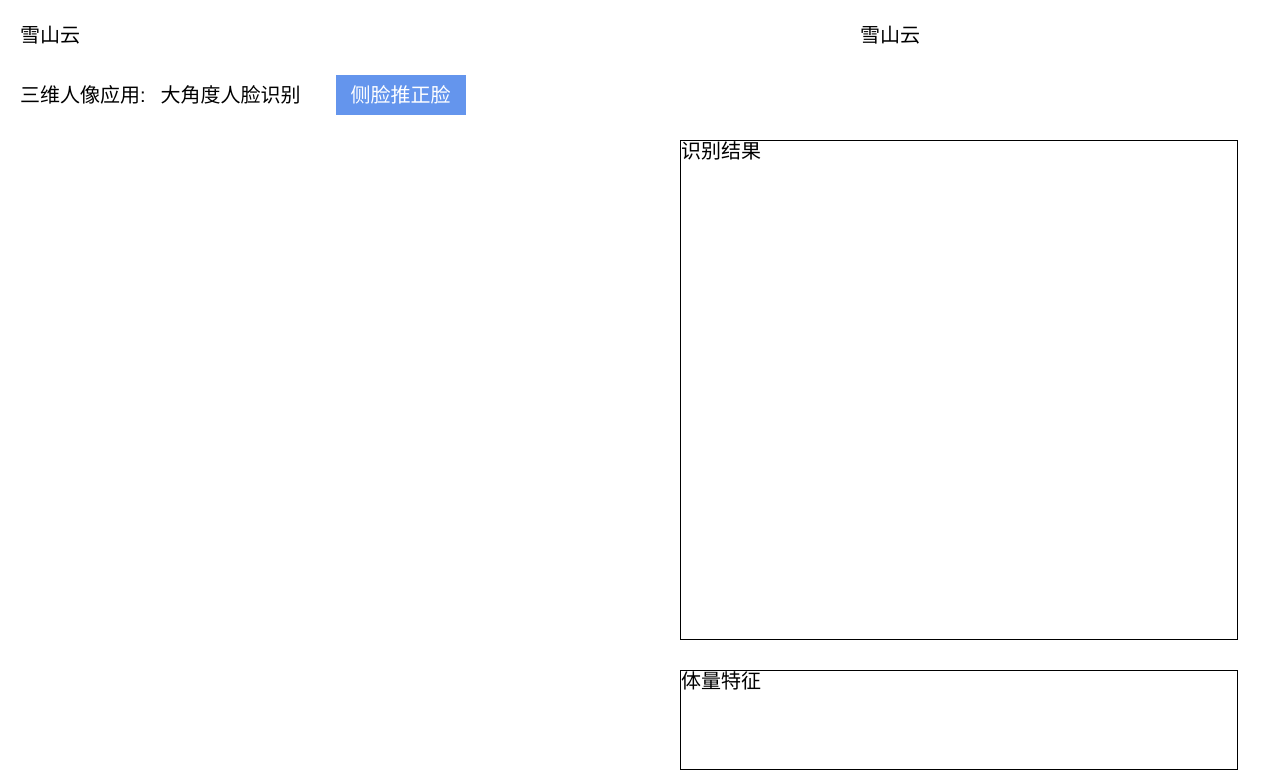
Repository: fyt2020/pubilcDemlo
Page: /#/face
An editor plug-in stored every save of this project. The page is shown before and after a run of saves, followed by the edit.
The browser window is 1280 px wide. The pictures show the whole page.
The project was rebuilt for these pictures with package versions that can differ from the ones it lists, and the page was loaded fresh each time.

Above is the page before, as saved 2020-04-27 18:43:35.

### index.html
<!DOCTYPE html>
<html>
  <head>
    <meta charset="utf-8">
    <meta name="viewport" content="width=device-width,initial-scale=1.0">
    <title>pubilcdemo</title>
    <script src="./static/config.js"></script>
    <script src="./static/main.js"></script>
  </head>
  <body>
    <div id="app"></div>
    <!-- built files will be auto injected -->
  </body>
</html>

### src/main.js
// The Vue build version to load with the `import` command
// (runtime-only or standalone) has been set in webpack.base.conf with an alias.
import Vue from 'vue'
import App from './App'
import router from './router'
import '@/assets/css/reset.css'
import axios from '@/plugins/axios';

Vue.config.productionTip = false
Vue.prototype.$http = axios;
/* eslint-disable no-new */
new Vue({
  el: '#app',
  router,
  components: { App },
  template: '<App/>'
})

### src/router/index.js
import Vue from 'vue'
import Router from 'vue-router'
import Home from '@/pages/Home'

Vue.use(Router)

export default new Router({
  linkExactActiveClass: "exactActive",
  linkActivesClass: "active",
  routes: [
    {
      path: '/',
      name: 'home',
      component: Home,
      meta:{
        needTooken:false
      },
      redirect:'/bigAngle',
      children:[
        {
          path: 'bigAngle',
          name: 'bigAngle',
          component: () => import("@/pages/bigAngle"),
          meta:{
            needTooken:false
          },

        },
        {
          path: 'face',
          name: 'face',
          component: () => import("@/pages/face"),
          meta:{
            needTooken:false
          },

        }

      ]
    }
  ]
})

### src/assets/css/reset.css
@charset "UTF-8";
/**
 * @desc pc端常用reset.css
 * @author archer
 * @date 2018-08-26
 */
html,body,div,p,ul,li,dl,dt,dd,em,i,span,a,img,input,h1,h2,h3,h4,h5,nav,section,footer,header,table,tr,th,td,ul,li{margin:0;padding:0;box-sizing: border-box;}
h1,h2,h3,h4,h5,h6{font-weight:normal}
i,em,b{font-style:normal}
article,aside,details,figcaption,figure,footer,header,menu,nav,section {display: block;}
a,img,input {border:none;}
a {text-decoration:none;}
a:hover, a:active {outline: none;}
ul,li{list-style: none}
button,input,select,textarea{font-size:100%;outline:none}
table{border-collapse:collapse;border-spacing:0}
html, body {width: 100%;height: 100%;}
body{font-family:"Helvetica Neue",Helvetica, Arial,sans-serif; font-size: 14px;line-height:1}

### src/pages/Home.vue
<template>
  <div class="home">
      <div class="header">
           <div class="header__left">
                <img src="" alt="">
                <span>雪山云</span>
           </div>
           <div class="header__right">
                <span>雪山云</span>
           </div>
      </div>
      <div class="navigation">
            <span>三维人像应用:</span>
            <router-link tag="li" :to="{name:'bigAngle'}" class="navigation__item">大角度人脸识别</router-link>
            <router-link tag="li" :to="{name:'face',params:{id:'self'}}" class="navigation__item">侧脸推正脸</router-link>
      </div>

      <div class="content">
         <router-view />
      </div>

  </div>
</template>

<script>
export default {
  data() {
    return {};
  },
  computed: {},
  created() {

  },
  mounted() {

  },
  methods: {

  },
  components: {}
};
</script>

<style lang="scss" scoped>
@import "@/assets/css/home.scss";
</style>

### src/pages/face.vue
<template>
  <div class="face">
    <div class="face__left">
      <canvas class="canvasId" v-show="regImgKey" :class="{'big':isBig}"></canvas>
    </div>

    <div class="face__right">
      <div class="right__top">
        <span class="right__topT">识别结果</span>
        <div id="WebGL-output"></div>
        <ul class="info__box" v-if="infoObj.collectNo">
          <li class="info__item">
            <span class="info__iteml">采集编号:</span>
            <span class="info__itemr">{{infoObj.collectNo}}</span>
          </li>
          <li class="info__item">
            <span class="info__iteml">性别:</span>
            <span class="info__itemr">{{infoObj.sex}}</span>
          </li>
          <li class="info__item">
            <span class="info__iteml">证件号:</span>
            <span class="info__itemr">{{infoObj.idNo}}</span>
          </li>
          <li class="info__item">
            <span class="info__iteml">采集时间:</span>
            <span class="info__itemr">{{infoObj.time}}</span>
          </li>
        </ul>
      </div>
      <div class="right__bottom">
        <span class="right__topT">体量特征</span>
        <ul class="tl__box" v-if="charData.length>0">
          <li class="tl__item" v-for="item in charData" :key="item.value">
            <span class="tl__iteml same">{{item.title}}</span>
            <span class="tl__itemr same">{{item.value}}</span>
          </li>
        </ul>
      </div>
    </div>
  </div>
</template>

<script>
import axios from 'axios'
export default {
  props: {},
  data() {
    return {
      regImgKey: false,
      isBig: false,
      charData: [],
      infoObj: {
        collectNo: "",
        sex: "",
        time: "",
        idNo: ""
      },
      renderer: null,
      boxHelper: null,
      animationId: null,
      modelObj: null,
      scene: null
    };
  },
  computed: {},
  created() {
    let id = this.$route.params.id;
    if (id) {
    } else {
      this.initData();
    }
  },
  mounted() {},
  methods: {
    initData() {
      let id = this._getQueryString(window.BASEURL.type);
      this.INIT(400,400,id)
    },

    _getQueryString(name) {
      let after = window.location.hash.split("?")[1];
      if (after) {
        var reg = new RegExp("(^|&)" + name + "=([^&]*)(&|$)");
        var r = after.match(reg);

        if (r != null) return unescape(r[2]);
        return null;
      }
    },

    INIT(width, height, name) {
      let VM = this;
      //场景构建
      VM.scene = new THREE.Scene();
      //相机构建
      VM.camera = new THREE.PerspectiveCamera(45, width / height, 0.1, 2000); //四个参数 视场角 方向 最近距 最远距  fov对应着图中的视角，是上下两面的夹角。aspect是近平面的宽高比。
      // camera.lookAt( new THREE.Vector3(0, 0, 0));
      //渲染器构建
      VM.renderer = new THREE.WebGLRenderer({
        antialias: true
      });

      //设置背景颜色
      VM.renderer.setClearColor(0x484b5f);
      //三个参数 width height updateStyle第三个选填
      VM.renderer.setSize(width, height);
      //激活阴影
      VM.renderer.shadowMapEnabled = true;
      //添加材质灯光阴影
      var ambiColor = "ffffff";
      var ambientLight = new THREE.AmbientLight(ambiColor);
      VM.scene.add(ambientLight);

      //添加坐标系
      // var axes = new THREE.AxisHelper(100);
      // scene.add(axes);

      //添加网格
      // var helper = new THREE.GridHelper( 1000, 50 ,0x0000ff, 0xff8080);
      // scene.add(helper);
      VM.boxHelper = new THREE.BoxHelper();

      var controls = new THREE.OrbitControls(VM.camera, VM.renderer.domElement);
      //controls.target = new THREE.Vector3(0, 0, 0);
      // 使动画循环使用时阻尼或自转 意思是否有惯性
      controls.enableDamping = true;
      //动态阻尼系数 就是鼠标拖拽旋转灵敏度
      controls.dampingFactor = 0.25;
      //是否可以缩放
      controls.enableZoom = true;
      //是否自动旋转
      controls.autoRotate = false;
      //设置相机距离原点的最近距离
      //controls.minDistance = 200;
      //设置相机距离原点的最远距离
      //controls.maxDistance = 600;
      //是否开启右键拖拽
      controls.enablePan = true;
      //上下旋转范围
      controls.minPolarAngle = 0;
      controls.maxPolarAngle = Math.PI * (90 / 180);
      //左右旋转范围
      controls.minAzimuthAngle = -Math.PI * (60 / 180);
      controls.maxAzimuthAngle = Math.PI * (60 / 180);

      controls.panSpeed = 0.2;
      controls.rotateSpeed = 0.1;
      //模型
      var onProgress = function(xhr) {
        // if (xhr.lengthComputable) {
        //   //可计算的长度
        //   var percentCompvare = (xhr.loaded / xhr.total) * 100; //加载程度百分比
        //   var elem = document.getElementById("myBar");
        //   var width = parseInt(percentCompvare);
        //   elem.style.width = width + "%";
        //   $(".loading").text("正在下载:" + parseInt(percentCompvare) + "%");
        // }
      };
      var onError = function(xhr) {
        // $(".loading")
        //   .show()
        //   .text("下载失败");
        return;
      };

      var modelPath = `../../static/data/${name}`;
      var objLoader = new THREE.OBJLoader2();
      var callbackOnLoad = function(event) {
        VM.modelObj = event.detail.loaderRootNode;
        VM.modelObj.name = `${name}`;
        VM.modelObj.scale.set(1.9, 1.9, 1.9);
        VM.modelObj.children[0].geometry.computeBoundingBox();
        VM.modelObj.rotation.x = THREE.Math.degToRad(-88);
        VM.modelObj.children[0].geometry.center();
        VM.boxHelper.setFromObject(VM.modelObj);
        let center = VM.boxHelper.geometry.boundingSphere.center;
        let radius = VM.boxHelper.geometry.boundingSphere.radius;
        let cameraPos = new THREE.Vector3(
          center.x + VM.modelObj.position.x,
          center.y + VM.modelObj.position.y,
          radius * 2.2 + center.z + VM.modelObj.position.z
        );
        let lookPos = new THREE.Vector3(
          center.x + VM.modelObj.position.x,
          center.y + VM.modelObj.position.y,
          center.z + VM.modelObj.position.z
        );
        VM.camera.position.copy(cameraPos);
        controls.target = lookPos;
        VM.camera.lookAt(lookPos);
        VM.scene.add(VM.modelObj);
      };
      let typeObj = VM.source == "1" ? "textured" : "cut";
      objLoader.loadMtl(modelPath + `/${typeObj}_mesh.mtl`, null, function(
        materialCreator
      ) {
        materialCreator[`${typeObj}_mesh`].opacity = 1; // new THREE.Color(1,1,1)
        objLoader.setMaterials(materialCreator);
        objLoader.setLogging(true, true);
        objLoader.load(
          modelPath + `/${typeObj}_mesh.obj`,
          callbackOnLoad,
          onProgress,
          onError,
          null,
          false
        );
      });
      VM.camera.lookAt(VM.scene.position);
      //在页面上添加渲染器，dom元素
      $("#WebGL-output").append(VM.renderer.domElement);
      renderScene();
      VM.getModelTxt(name);
      function renderScene() {
        var clock = new THREE.Clock();
        var delta = clock.getDelta(); //三角点
        controls.update();
        VM.camera.updateProjectionMatrix();
        VM.animationId = requestAnimationFrame(renderScene); //请求动画框架
        VM.renderer.render(VM.scene, VM.camera);
      }
    },
    clearRenderer() {
      let VM = this;
      VM.renderer.dispose();
      VM.renderer.forceContextLoss();
      VM.renderer.context = null;
      VM.renderer.domElement = null;
      VM.renderer = null;
    },
    getModelTxt(name) {
      let VM = this;
      let id = new Date().getTime();
      let params = {
        headers: {
          "Content-Type": "text/plain;charset=utf-8"
        },
        responseType: "text/json",
        inCharset: "utf-8",
        outCharset: "utf-8",
        timeout: 30000,
        random: id
      };
      axios
        .get(`../../static/data/${name}/face_points_distance.txt`)
        .then(function(res) {
          let newData = res.data.split("\r\n");
          let len = newData.length;
          for (var i = 0; i < len; i++) {
            let obj = {};
            if (newData[i]) {
              let k = newData[i].split(":")[0];
              let v = newData[i].split(":")[1];
              obj["title"] = k;
              obj["value"] = v;
            }
            VM.charData.push(obj);
          }

          console.log(VM.charData);
        })
        .catch(function(error) {
          console.log(error);
        });
    },
    getInfo(name) {
      let VM = this;
      this.$http.api
        .get(`../../static/data/${name}/${name}.json`)
        .then(function(res) {
          if (res.data.code === 0) {
            let data = res.data.result;
            VM.infoObj = data;
          }
        })
        .catch(function(error) {
          console.log(error);
        });
    },
    //移除模型
    removeEntity(object) {
      let selectedObject = this.scene.getObjectByName(object.name);
      // console.log('renderer.renderLists',this.renderer.renderLists)
      selectedObject.traverse(function(item) {
        if (item instanceof THREE.Mesh) {
          item.geometry.dispose(); //删除几何体
          //item.material.dispose(); //删除材质
          if (Array.isArray(item.material)) {
            item.material.forEach(function(i) {
              i.dispose(); //删除材质
            });
          } else {
            item.material.dispose();
          }
        }
      });
      this.scene.remove(selectedObject);
      this.renderer.dispose();
      this.renderer.clear();
      this.renderer.renderLists.dispose();
      this.modelObj = null;
      THREE.Cache.clear();
    }
  },
  components: {},
  beforeDestroy() {}
};
</script>

<style scoped lang="scss">
@import "@/assets/css/face.scss";
</style>

### src/assets/css/home.scss
.home{
    font-size: 20px;
    width: 100vw;
    height: 100vh;
    .header{

        width: 100%;
        height: 70px;
        display: flex;
        align-items: center;
        justify-content: space-between;
        padding: 0 20px;
        .header__left{
            height: 100%;
            width: 400px;
            display: flex;
            align-items: center;
        }
        .header__right{
            height: 100%;
            width: 400px;
            display: flex;
            align-items: center;
        }
    }
    .navigation{
        width: 100%;
        height: 50px;
        display: flex;
        align-items: center;
        box-sizing: border-box;
        padding: 0 20px;
        &__item{
            height: 40px;
            line-height: 40px;
            box-sizing: border-box;
            padding: 0 15px;
            margin-right: 20px;
        }
        &__item.exactActive{
             display: flex;
             background-color: cornflowerblue;
             color: #fff;
        }
    }
    .content{
        height: calc(100% - 120px);
        width: 100%;
        padding: 20px;
    }
}

### src/assets/css/face.scss
.face{
    display: flex;
    width: 100%;
    height: 100%;
    .face__left{
       width: 50%;
       height: 100%;
       margin-right: 40px;
       display: flex;
       flex-direction: column;
       .left__bottom{
           width: 100%;
           height: 15%;
           border: 1px solid black;
           .left__bottom{

           }
           .recg__box{

               display: flex;
               align-items: center;
               justify-content: flex-start;
               .recg__item{
                   width: 100px;
                   height: 100px;
                   .recg__itemImg{

                       height: 100%;
                   }
               }
           }
       }
    }
    .face__right{
       width: 45%;
       height: 100%;
       .right__top{
           border: 1px solid black;
           width: 100%;
           height: 500px;
           position: relative;
           margin-bottom: 30px;
           .right__topT{

           }
           #WebGL-output{
               width: 400px;
               height: 400px;
           }
           .info__box{
               position: absolute;
               right: 0;
               bottom: 0;
               width: 300px;
               height: 200px;
               background-color: black;
               display: flex;
               flex-direction: column;

               color: blanchedalmond;


           }
       }
       .right__bottom{

           border: 1px solid black;
           width: 100%;
           height: 100px;
           .right__topT{

           }
           .tl__box{
               display: flex;

               .tl__item{



                .same{




                }
                .tl__iteml{

                }
                .tl__itemr{

                }
               }
           }


       }

    }
}

### static/config.js
window.BASEURL = {
     type:'id',

     imgUrl__collectNo:'srlp1576136811447'
};

Loaded but not shown: src/App.vue (common file); src/plugins/axios.js (library)

After the next 2 saves:
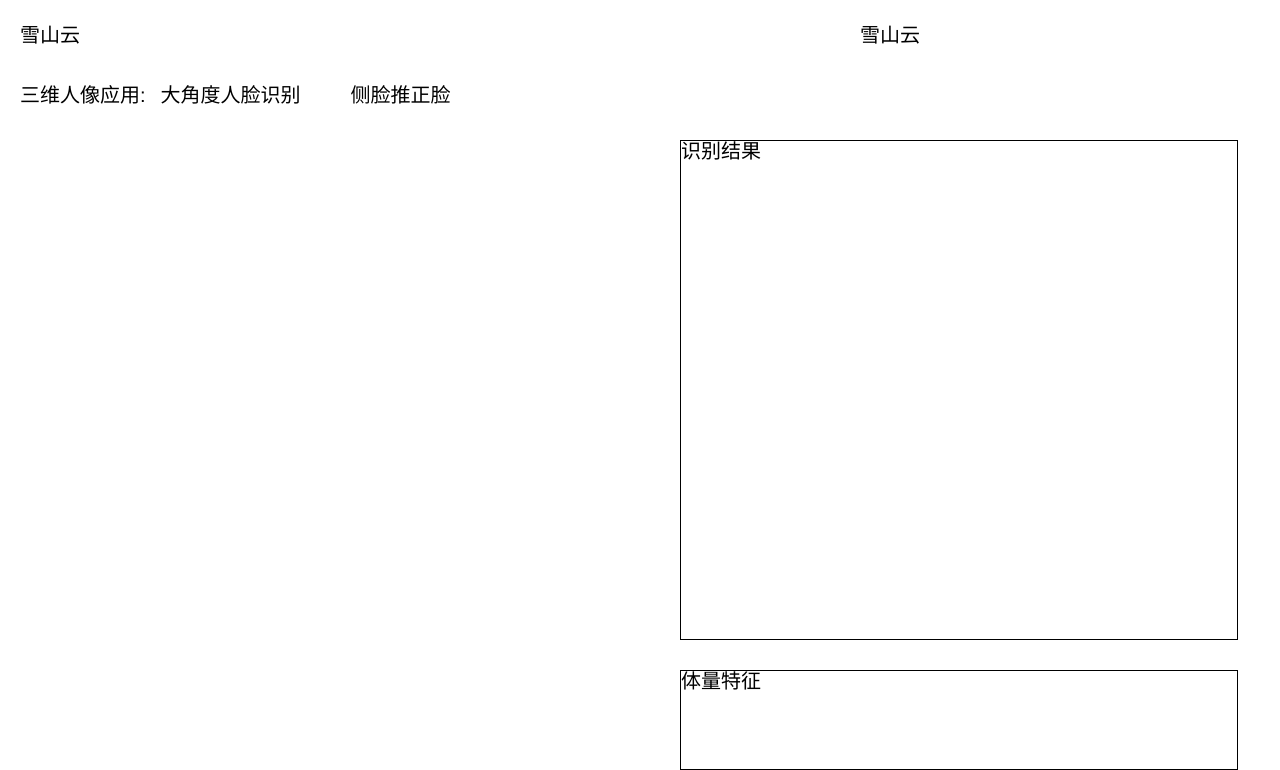
The 2 saves are shown as one change because they came seconds apart.
The last was saved 48 s later.
--- a/src/assets/css/home.scss
+++ b/src/assets/css/home.scss
@@ -37,7 +37,7 @@
             padding: 0 15px;
             margin-right: 20px;
         }
-        &__item.exactActive{
+        &__item.active{
              display: flex;
              background-color: cornflowerblue;
              color: #fff;

After the 3 saves that followed:
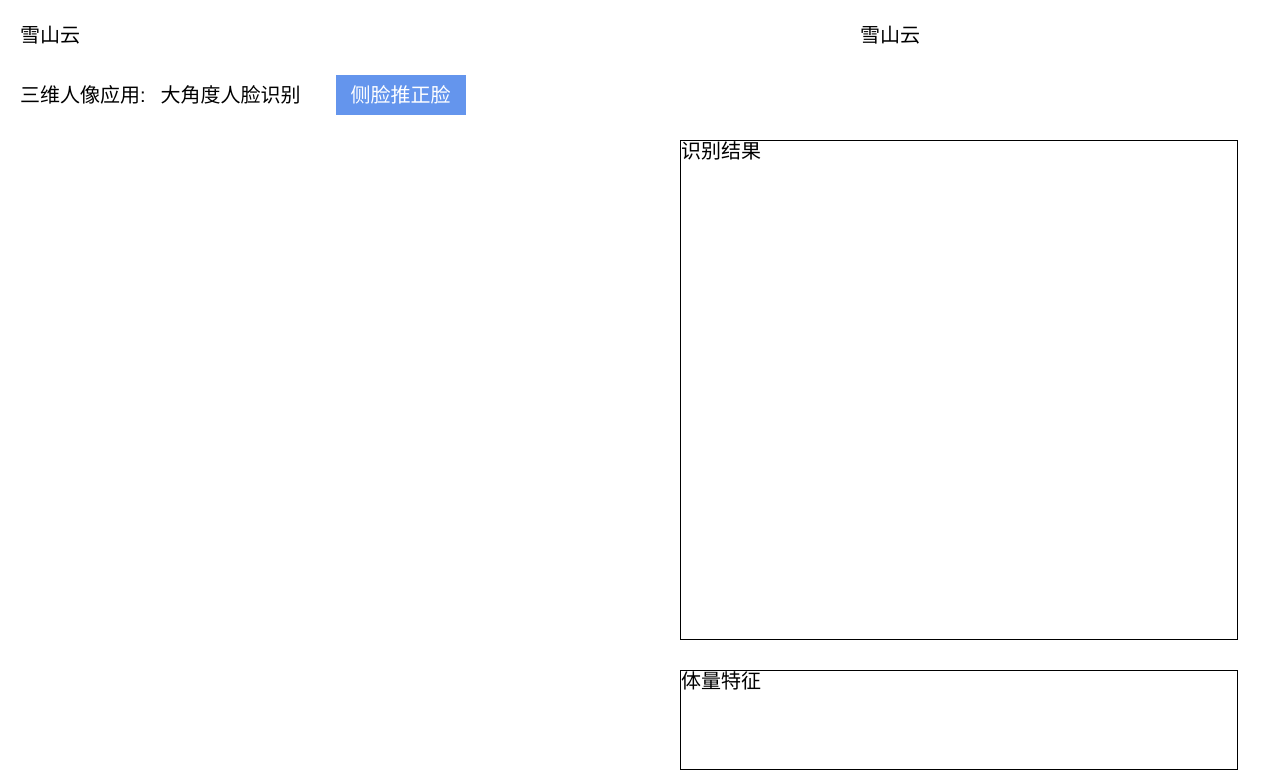
The 3 saves are shown as one change because 1 left the picture as it was and some came seconds apart.
The last was saved 75 s later.
--- a/src/assets/css/home.scss
+++ b/src/assets/css/home.scss
@@ -37,7 +37,7 @@
             padding: 0 15px;
             margin-right: 20px;
         }
-        &__item.active{
+        &__item.exactActive{
              display: flex;
              background-color: cornflowerblue;
              color: #fff;
